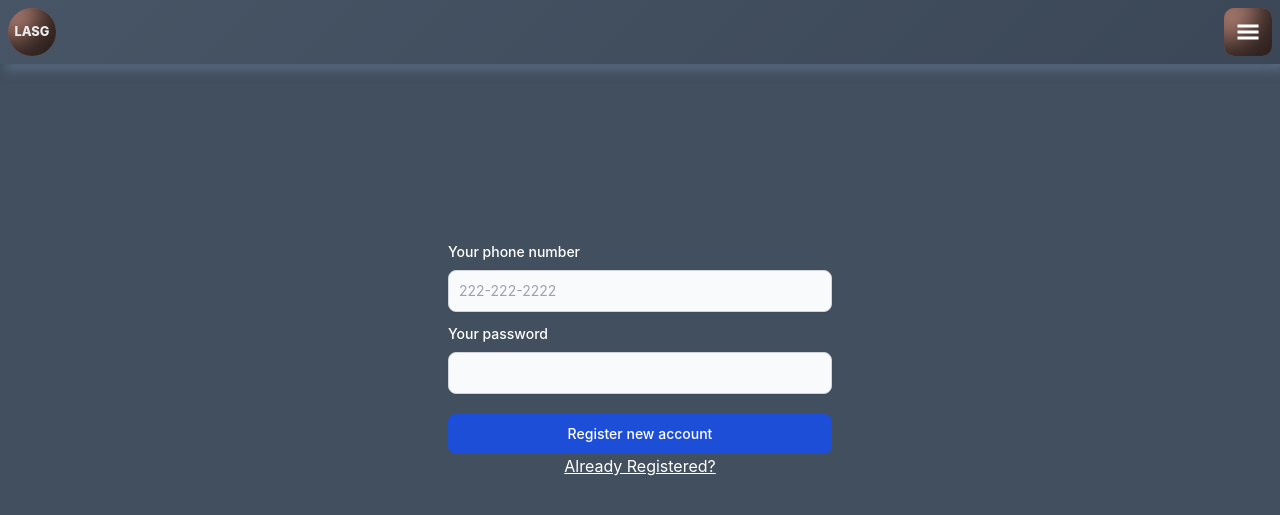
Repository: ShindanoSingi/LA-Swahili-Group
Page: /login (app in client/)
These files come from the project's save history. The page is drawn as it stood at one moment and after the next save; the edit follows.
The browser window is 1280 px wide. The pictures show the whole page.
The project was rebuilt for these pictures with package versions that can differ from the ones it lists, and the page was loaded fresh each time. Also part of the build but not shown: client/src/pages/error/Error.css, client/src/pages/error/Error.js, client/src/pages/home/Home.js, client/src/pages/about/About.js, client/src/pages/contact/Contact.js, client/src/pages/userDashBoard/UserDashBoard.js, client/src/pages/superUsersDashBoard/SuperUsersDashBoard.js.

Above is the page before, as saved 2024-02-11 14:43:25.

After the next save:
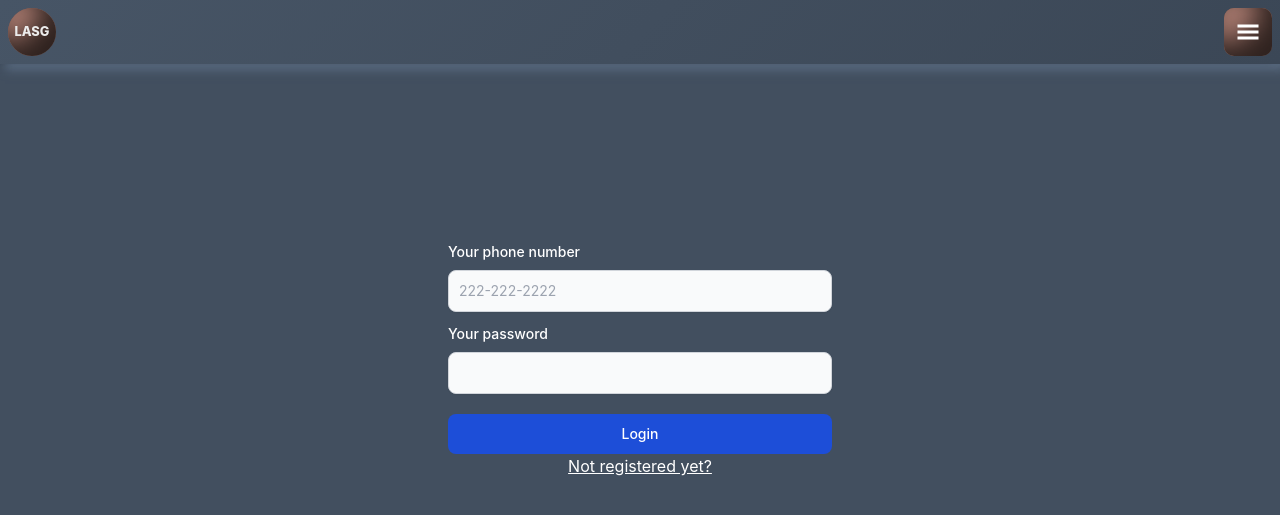
Saved 62 s later.
--- a/client/src/pages/login/Login.js
+++ b/client/src/pages/login/Login.js
@@ -1,19 +1,17 @@
 import React, { useState } from "react";
 
 function Login() {
-    const [showRegisterButton, setShowRegisterButton] = useState(false);
+      const [showRegisterButton, setShowRegisterButton] = useState(false);
 
       return (
             <div className="container">
                   <div className="w-[80%]">
-
-                    {
-                        showRegisterButton && (                        <h1 className="text-xl font-bold text-center mb-4 text-white dark:text-white">Login Form</h1>
-                        )
-                    }
+                        {showRegisterButton && (
+                              <h1 className="text-xl font-bold text-center mb-4 text-white dark:text-white">
+                                    Login Form
+                              </h1>
+                        )}
                         <form className="max-w-sm mx-auto">
-
-
                               <div className="mb-3">
                                     <label
                                           for="email"
@@ -43,39 +41,22 @@ function Login() {
                                           required
                                     />
                               </div>
-
-
-                              {
-                                showRegisterButton && (
-                                    <div>
+                              <div>
                                     <button
                                           type="submit"
                                           className="text-white mt-2 w-full bg-blue-700 hover:bg-blue-800 focus:ring-4 focus:outline-none focus:ring-blue-300 font-medium rounded-lg text-sm px-5 py-2.5 text-center dark:bg-blue-600 dark:hover:bg-blue-700 dark:focus:ring-blue-800"
                                     >
                                           Login
                                     </button>
-                                    <p className="text-white text-center underline" onClick={()=>{
-                                        setShowRegisterButton(false);
-                                    }}>Not registered yet?</p>
+                                    <p
+                                          className="text-white text-center underline"
+                                          onClick={() => {
+                                                setShowRegisterButton(false);
+                                          }}
+                                    >
+                                          Not registered yet?
+                                    </p>
                               </div>
-                                )
-                              }
-
-                              {
-                                !showRegisterButton && (
-                                    <div>
-                                    <button
-                                          type="submit"
-                                          className="text-white mt-2 w-full bg-blue-700 hover:bg-blue-800 focus:ring-4 focus:outline-none focus:ring-blue-300 font-medium rounded-lg text-sm px-5 py-2.5 text-center dark:bg-blue-600 dark:hover:bg-blue-700 dark:focus:ring-blue-800"
-                                    >
-                                          Register new account
-                                    </button>
-                                    <p className="text-white text-center underline" onClick={()=>{
-                                        setShowRegisterButton(true);
-                                    }}>Already Registered?</p>
-                              </div>
-                                )
-                              }
                         </form>
                   </div>
             </div>
